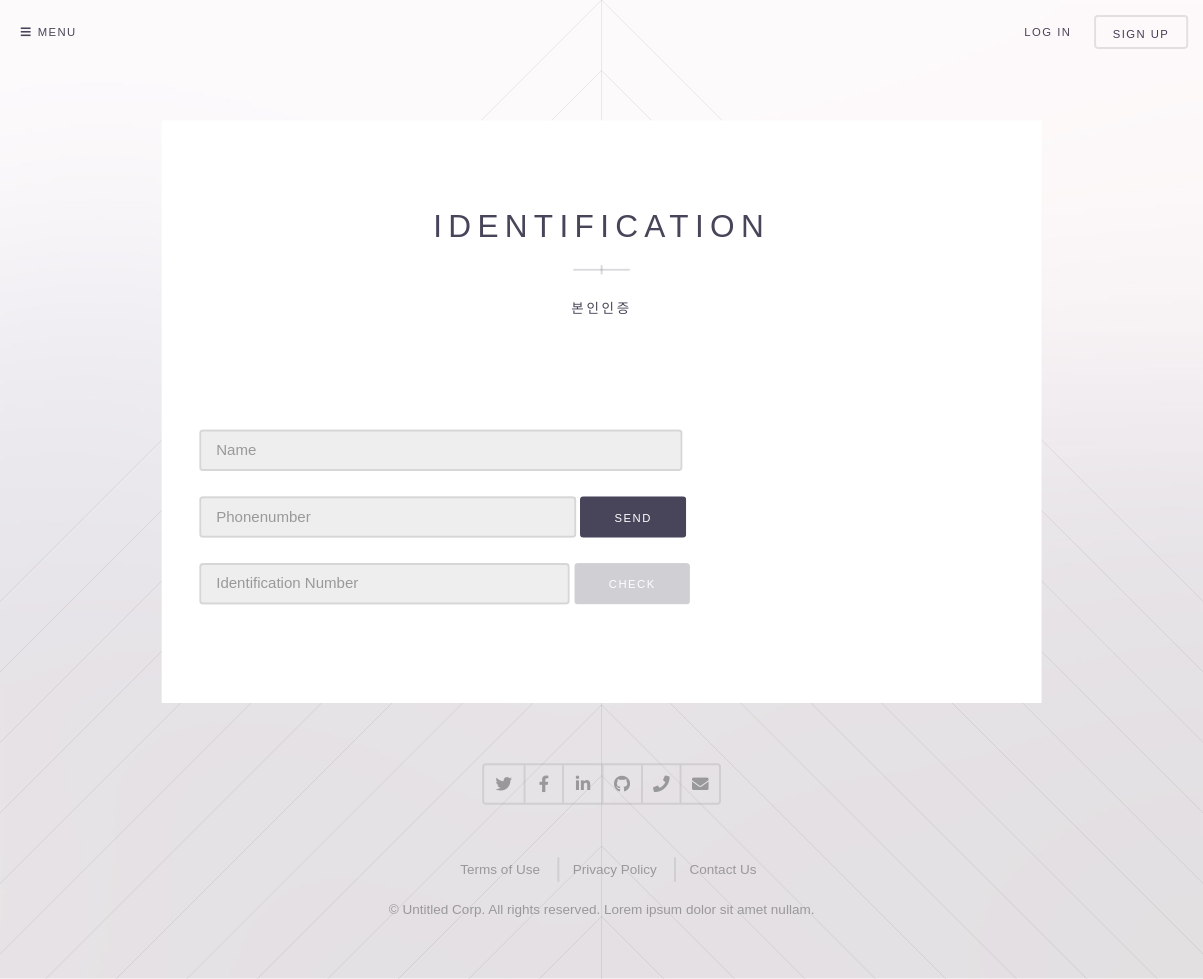
Repository: WKMoon/JavaScript-Project
Page: myFront/WebContent/identification.html
An editor plug-in stored every save of this project. The page is shown before and after the next save, followed by the edit.
The browser window is 1280 px wide. The pictures show the whole page, at 94% of full size.
Some web fonts or font styles are not loaded; a fallback is used.

Above is the page before, as saved 2021-03-01 23:56:01.

After the next save:
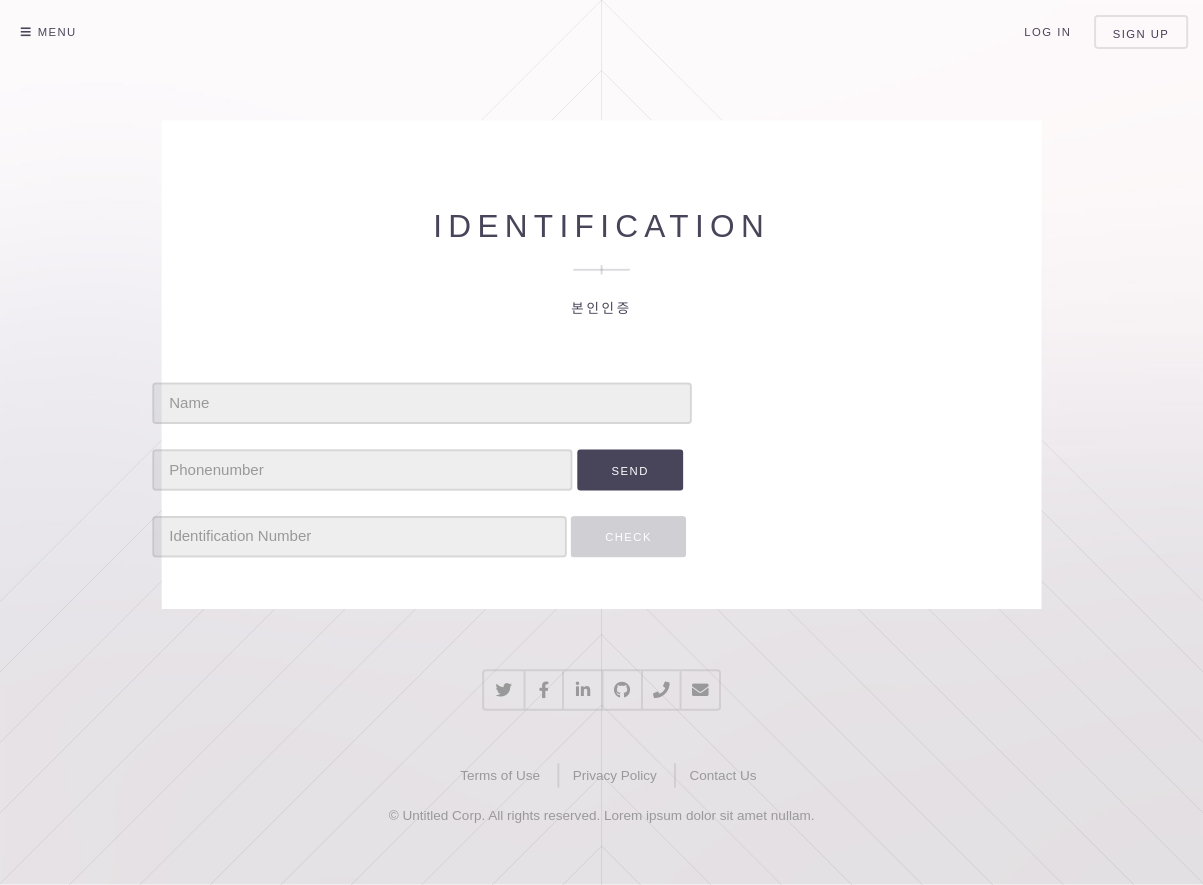
Saved 118 s later.
--- a/myFront/WebContent/identification.html
+++ b/myFront/WebContent/identification.html
@@ -42,7 +42,7 @@
 					<!-- Content -->
 						<div class="content">
 							<form method="post" action="#">
-											<div>
+											<div style="margin:-50px;">
 												<div class="col-6 col-12-xsmall" style="width:60%;">
 													<input type="text" name="name" id="name" value="" placeholder="Name"/>
 												</div>

After the save that followed:
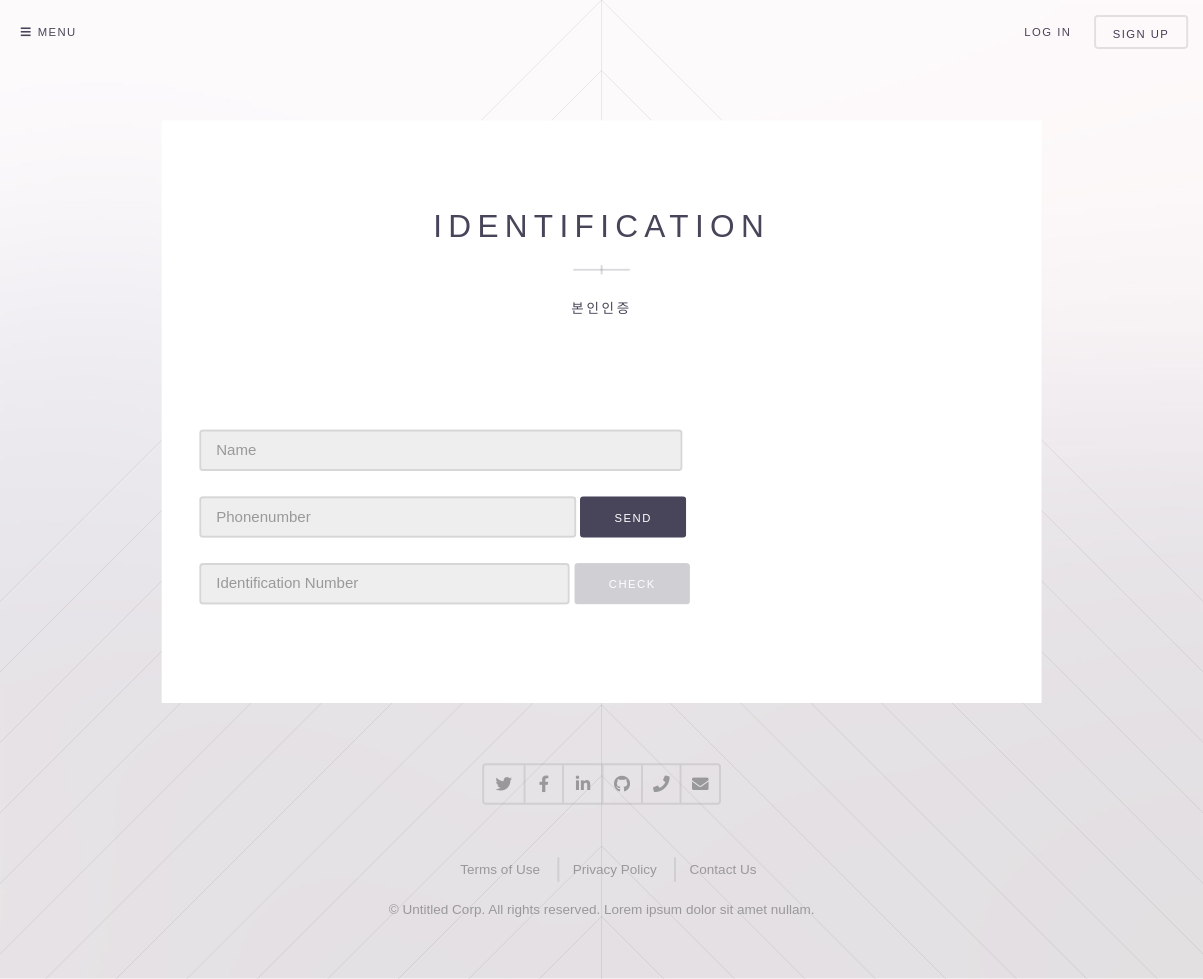
Saved 17 s later.
--- a/myFront/WebContent/identification.html
+++ b/myFront/WebContent/identification.html
@@ -42,7 +42,7 @@
 					<!-- Content -->
 						<div class="content">
 							<form method="post" action="#">
-											<div style="margin:-50px;">
+											<div>
 												<div class="col-6 col-12-xsmall" style="width:60%;">
 													<input type="text" name="name" id="name" value="" placeholder="Name"/>
 												</div>
